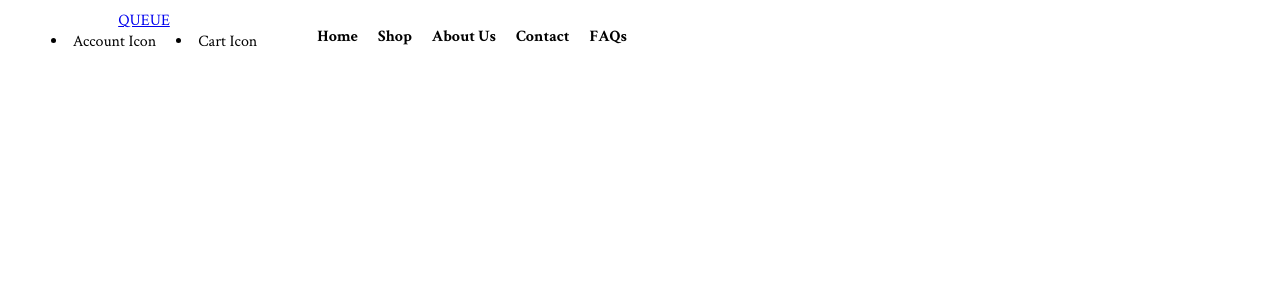
Repository: lasity34/new-envy
Page: / (app in my-new-envy/)
The author's editor kept a copy of each file at every save. The page is drawn from the files as they stood at one save, then again after the next save.
The browser window is 1280 px wide. The pictures show the whole page.
The project was rebuilt for these pictures with package versions that can differ from the ones it lists, and the page was loaded fresh each time.

Above is the page before, as saved 2024-04-19 13:46:37.

After the next save:
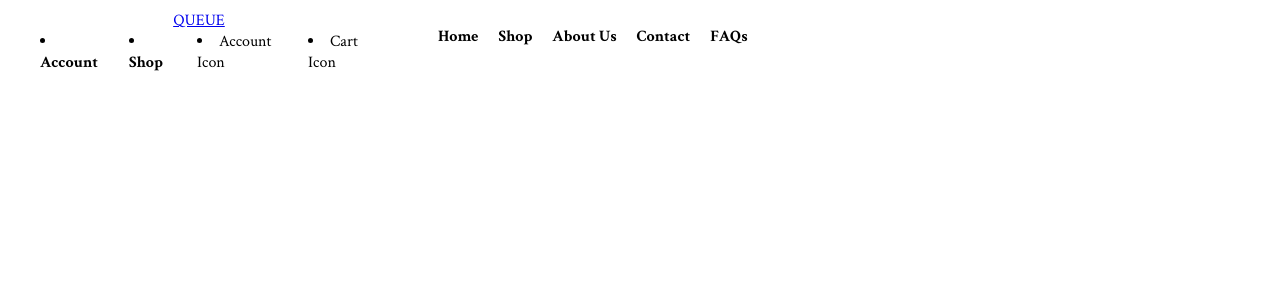
Saved 53 s later.
--- a/my-new-envy/src/components/Header.tsx
+++ b/my-new-envy/src/components/Header.tsx
@@ -64,6 +64,8 @@ const Header = () => {
       </LogoContainer>
 
       <AccountCartContainer>
+      <NavLink><Link to="/account">Account</Link></NavLink>
+          <NavLink><Link to="/shop">Shop</Link></NavLink>
         <NavLink to="/account">Account Icon</NavLink>
         <NavLink to="/cart">Cart Icon</NavLink>
       </AccountCartContainer>
